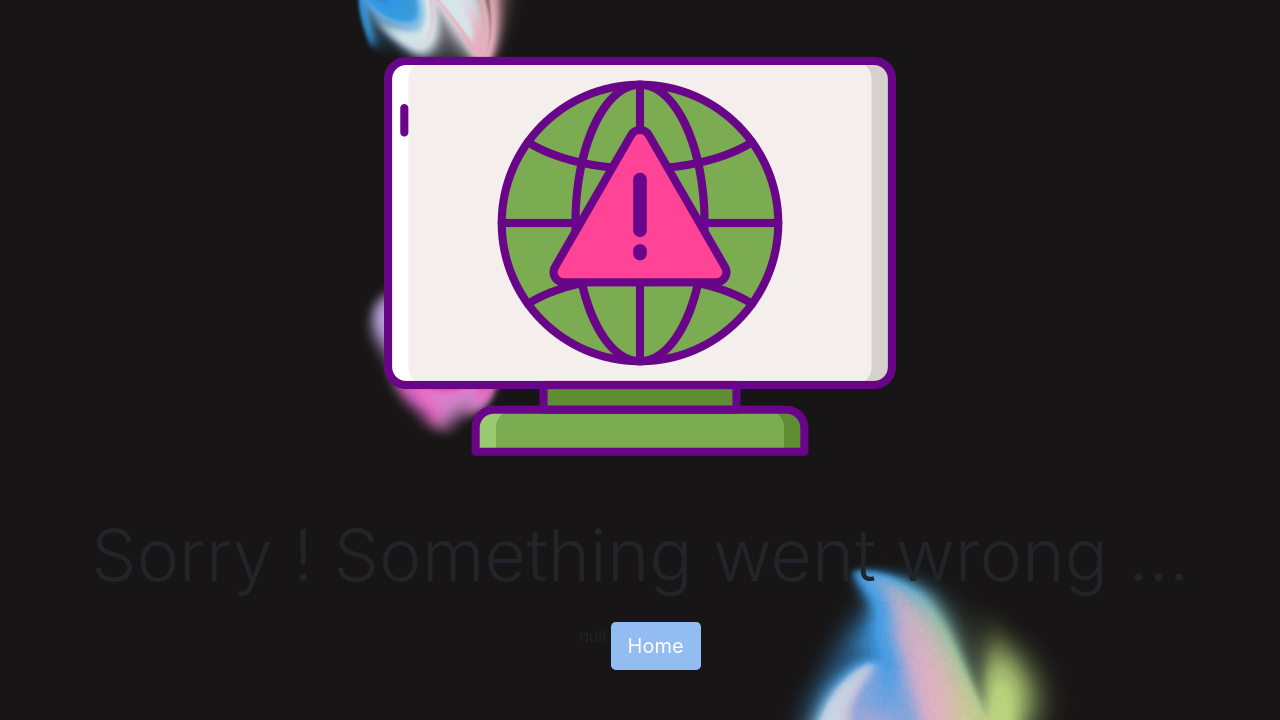
Repository: WafaBenyettou/Blog
Page: http://localhost/Blog/error_page.jsp
An editor plug-in stored every save of this project. The page is shown before and after the next save, followed by the edit.
The browser window is 1280 px wide. The pictures show the whole page.
The page is served by Tomcat 9. Other server files are loaded and not shown.

Above is the page before, as saved 2023-06-06 16:01:20.

### Blog/src/main/webapp/error_page.jsp
<%@page contentType="text/html" pageEncoding="UTF-8"%>
<%@page isErrorPage="true" %>
<!DOCTYPE html>
<html>
    <head>
        <meta http-equiv="Content-Type" content="text/html; charset=UTF-8">
        <title>Sorry ! something went wrong...</title>

        <!--css-->
        <link rel="stylesheet" href="https://maxcdn.bootstrapcdn.com/bootstrap/4.0.0/css/bootstrap.min.css" integrity="sha384-Gn5384xqQ1aoWXA+058RXPxPg6fy4IWvTNh0E263XmFcJlSAwiGgFAW/dAiS6JXm" crossorigin="anonymous">
        <link href="css/mystyle.css" rel="stylesheet" type="text/css"/>
        <link rel="stylesheet" href="https://cdnjs.cloudflare.com/ajax/libs/font-awesome/4.7.0/css/font-awesome.min.css">
        <style>
          body{
                background:url(img/background.png);
                background-size: cover;
                background-attachment: fixed;
            }
        </style>

    </head>
    <body>
        <div class="container text-center">
            <img src="img/error.png" class="img-fluid" >
            <h3 class="display-3">Sorry ! Something went wrong ...</h3>
            <%= exception%>
            <a href="index.jsp" class="btn primary-background btn-lg text-white mt-3">Home </a>
        </div>


    </body>
</html>

### Blog/src/main/webapp/css/mystyle.css
body{

}
.primary-background{
    background:#93bcf2!important;
}

After the next save:
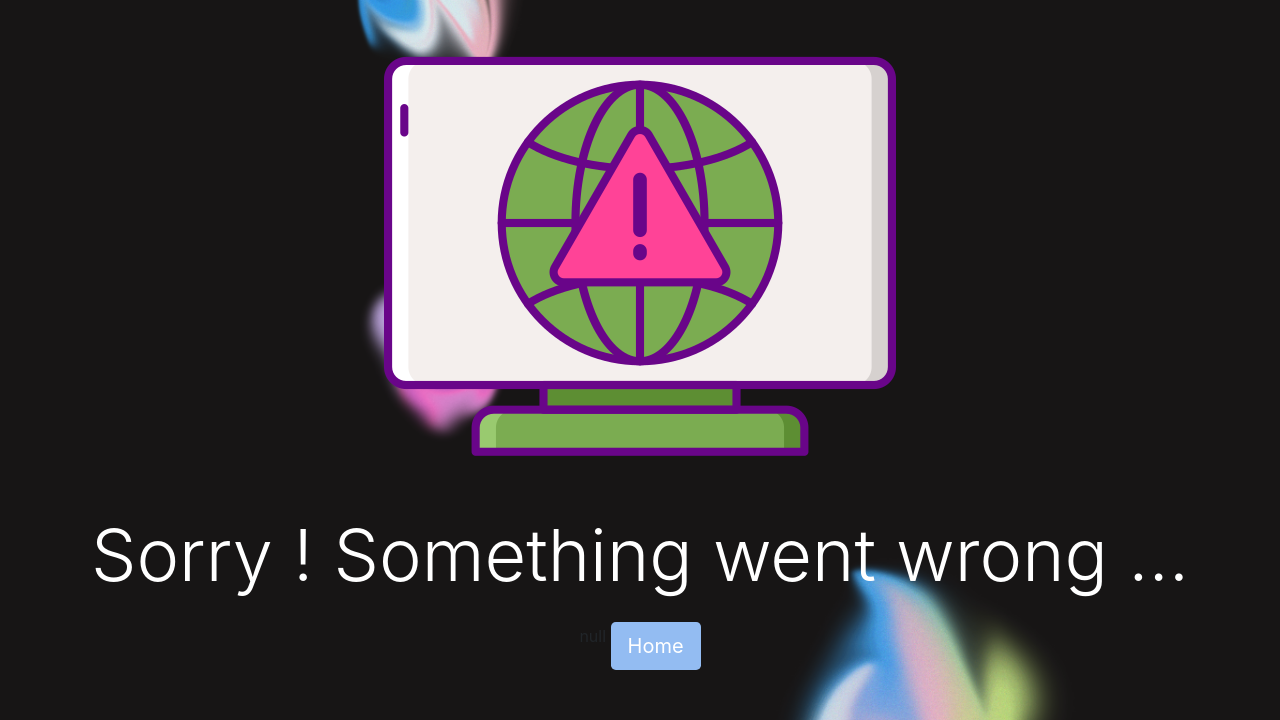
Saved 15 s later.
--- a/Blog/src/main/webapp/error_page.jsp
+++ b/Blog/src/main/webapp/error_page.jsp
@@ -22,7 +22,7 @@
     <body>
         <div class="container text-center">
             <img src="img/error.png" class="img-fluid" >
-            <h3 class="display-3">Sorry ! Something went wrong ...</h3>
+            <h3 class="display-3 text-white">Sorry ! Something went wrong ...</h3>
             <%= exception%>
             <a href="index.jsp" class="btn primary-background btn-lg text-white mt-3">Home </a>
         </div>
